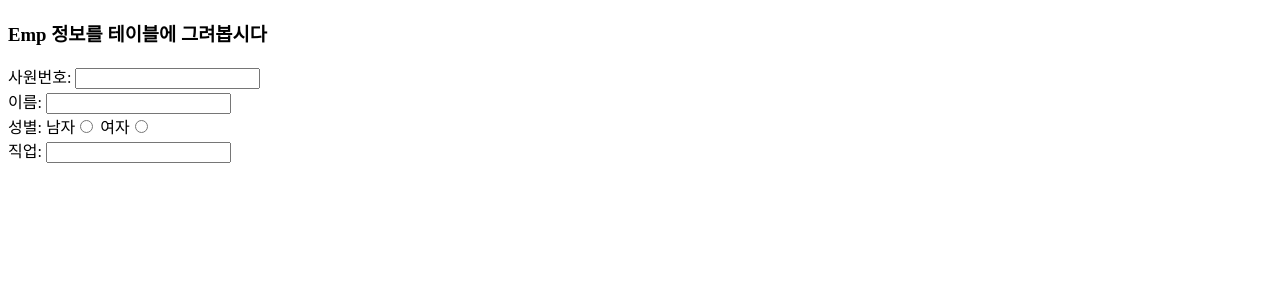
Repository: YeonHaw/jsp
Page: JSPBasic/src/main/webapp/HTML/Quiz01.html
An editor plug-in stored every save of this project. The page is shown before and after the next save, followed by the edit.
The browser window is 1280 px wide. The pictures show the whole page.

Above is the page before, as saved 2023-12-27 05:17:07.

After the next save:
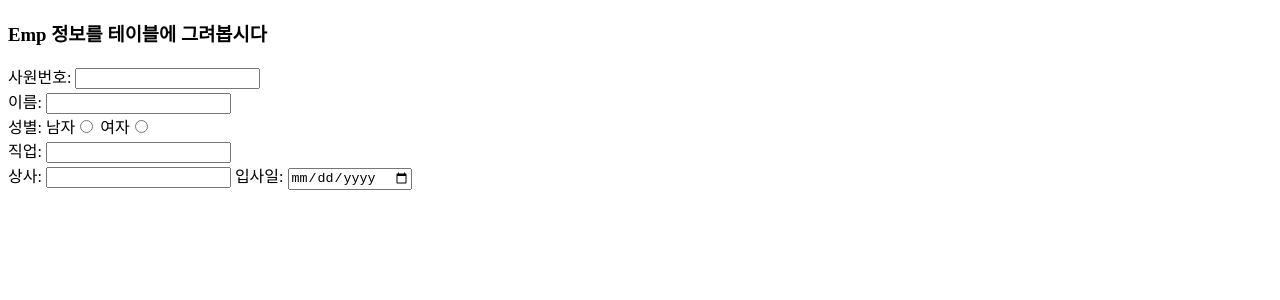
Saved 4 min 19 s later.
--- a/JSPBasic/src/main/webapp/HTML/Quiz01.html
+++ b/JSPBasic/src/main/webapp/HTML/Quiz01.html
@@ -15,6 +15,8 @@
 	남자<input type="radio"name="bl">
 	여자<input type="radio"name="bl"><br>
 	직업: <input type="text" name="job"><br>
+	상사: <input type="number" name="master"<br>
+	입사일: <input type="date" name="hire" placeholder="2012-01-01"><br>
 </form>
 
 </body>
